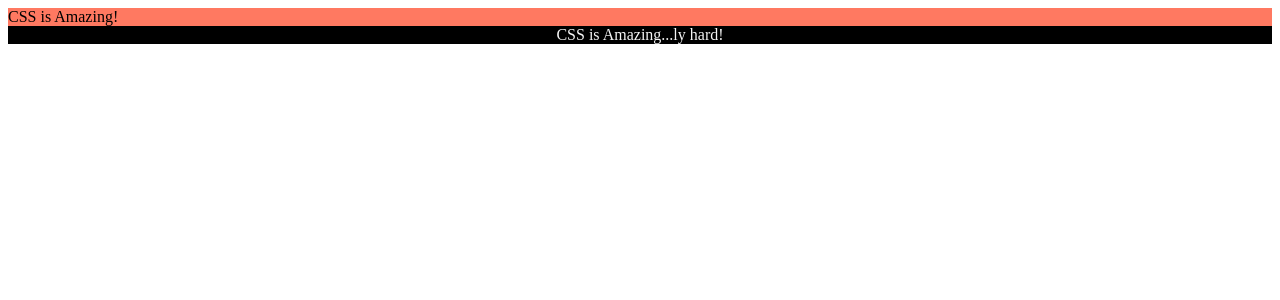
Repository: sammkrt/saltPrecourse
Page: css-trainingGround/cssInHead.html
These files come from the project's save history. The page is drawn as it stood at one moment and after the next save; the edit follows.
The browser window is 1280 px wide. The pictures show the whole page.

Above is the page before, as saved 2022-12-22 10:03:38.

After the next save:
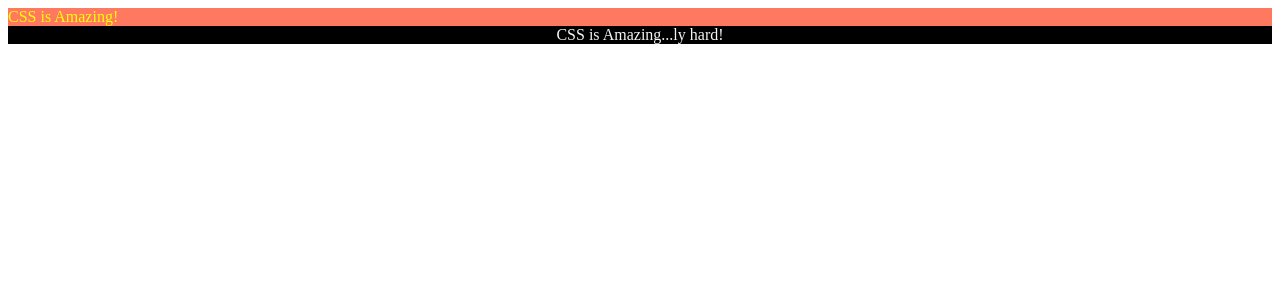
Saved 45 s later.
--- a/css-trainingGround/cssInHead.html
+++ b/css-trainingGround/cssInHead.html
@@ -13,7 +13,7 @@
         }
         .positive {
             background-color: #ff7961;
-            color: black;
+            color: yellow;
         }
     </style>
 </head>
